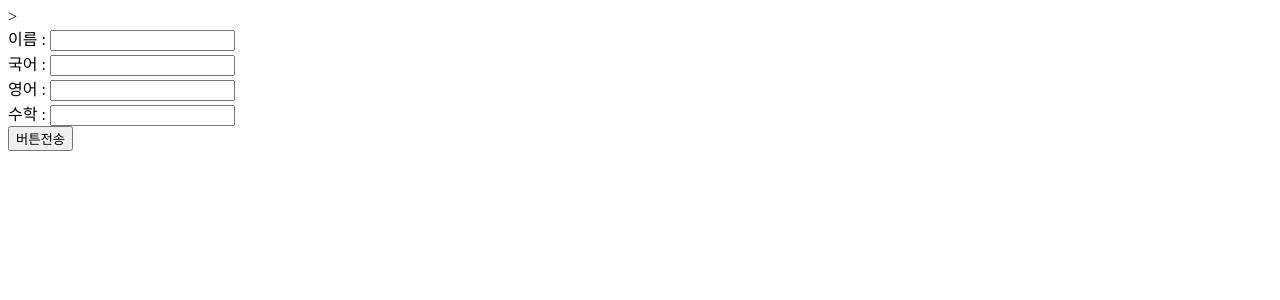
Repository: LEENYAMNYAM/JSP
Page: http://localhost/JSP_Project/exam/scoreinput_jquery.jsp
These files come from the project's save history. The page is drawn as it stood at one moment and after the next save; the edit follows.
The browser window is 1280 px wide. The pictures show the whole page.
The page is served by Tomcat 9. Other server files are loaded and not shown.

Above is the page before, as saved 2025-02-27 02:38:59.

### JSP_Project/src/main/webapp/exam/scoreinput_jquery.jsp
<%@ page language="java" contentType="text/html; charset=UTF-8"
    pageEncoding="UTF-8"%>
<!DOCTYPE html>
<html>
<head>
<meta charset="UTF-8">
<title>Insert title here</title>
<script>
	function check(){
		alert("실행");
	}


</script>>
</head>
<body>

<form action='scoreResult.jsp' method='get'>
	이름 : <input type='text' name='name'></br>
	국어 : <input type="text" name='kor'></br>
	영어 : <input type="text" name='eng'></br>
	수학 : <input type="text" name='math'></br>
	<input type='button' value='버튼전송' onclick="check()"/>

</form>

</body>
</html>

After the next save:
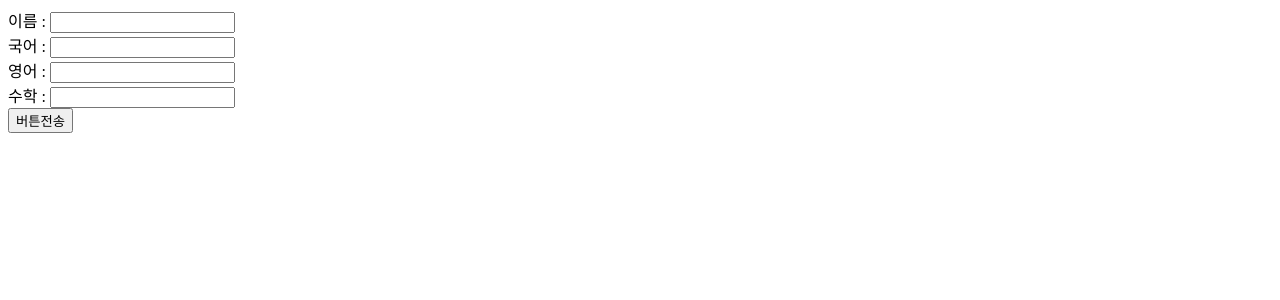
Saved 45 s later.
--- a/JSP_Project/src/main/webapp/exam/scoreinput_jquery.jsp
+++ b/JSP_Project/src/main/webapp/exam/scoreinput_jquery.jsp
@@ -11,7 +11,7 @@
 	}
 
 
-</script>>
+</script>
 </head>
 <body>
 
